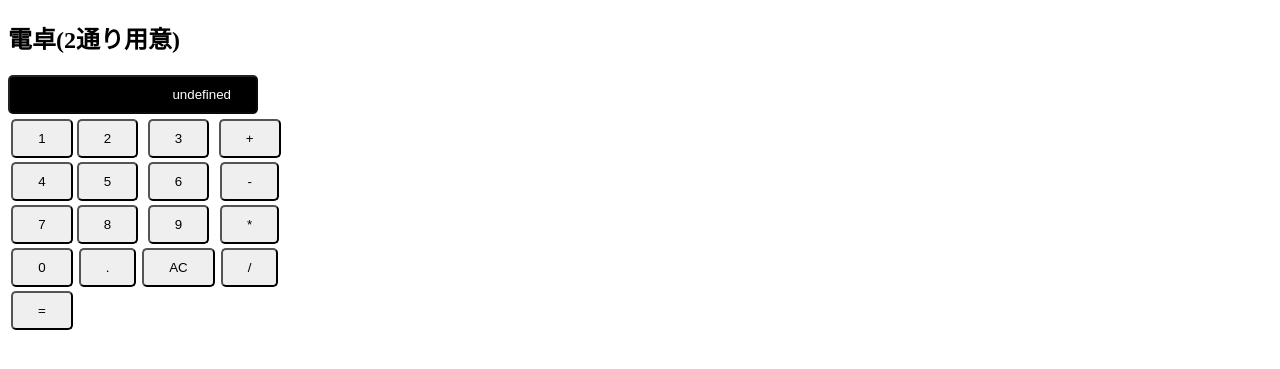
Repository: syokaturyou/potepan
Page: dentaku.html
The author's editor kept a record of every edit. The page is drawn from the files as they stood at one moment, then again after the next edit.
The browser window is 1280 px wide. The pictures show the whole page.
After loading, the first visible `input[onclick="append( '1' )"]` was clicked once.

Above is the page before.

After the next edit:
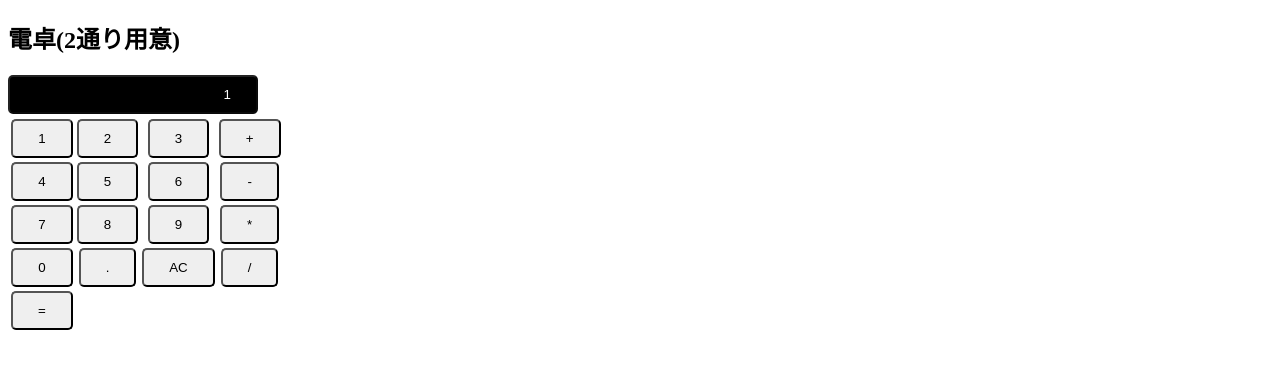
The edit:
--- a/javascript/dentaku.js
+++ b/javascript/dentaku.js
@@ -8,10 +8,10 @@
         update(f().toString())
     }
 
-    function append(btn) {                      // ボタン押下時に後ろに追加する。数字、四則演算、小数点等
-      document.dentaku.display.value += btn.value;
-    } function calc() {                      // 「＝」ボタン押下時に計算
-      document.dentaku.display.value = eval(document.dentaku.display.value);
-    } function update(btn) {                    // 「AC」ボタン押下時にinput tag を更新する関数
-      document.dentaku.display.value = "";
-    }
+    // function append(btn) {                      // ボタン押下時に後ろに追加する。数字、四則演算、小数点等
+    //   document.dentaku.display.value += btn.value;
+    // } function calc() {                      // 「＝」ボタン押下時に計算
+    //   document.dentaku.display.value = eval(document.dentaku.display.value);
+    // } function update(btn) {                    // 「AC」ボタン押下時にinput tag を更新する関数
+    //   document.dentaku.display.value = "";
+    // }
